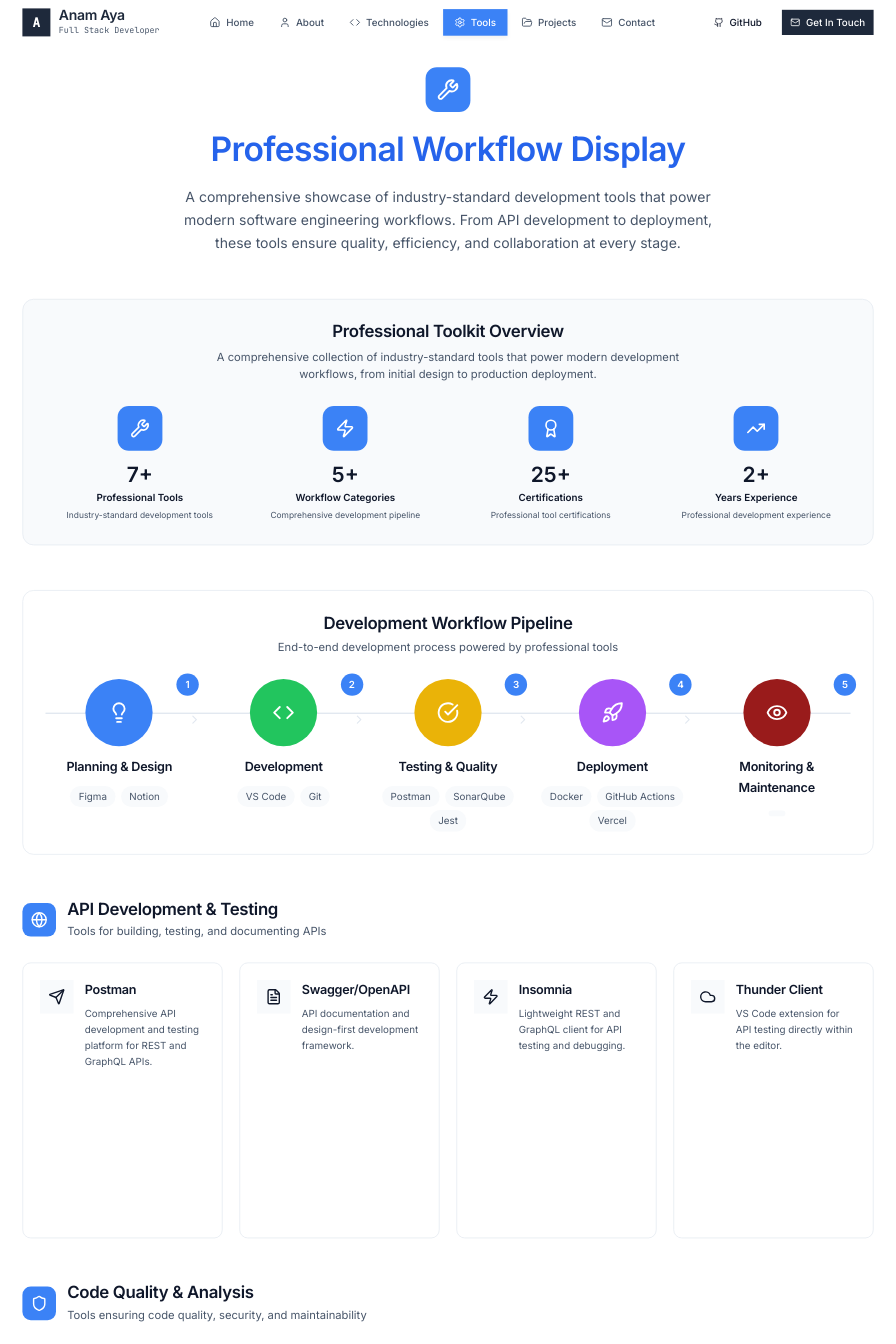
Repository: ayaaas/portflio_aya
Page: /tools-professional-workflow-display
The author's editor kept a copy of each file at every save. The page is drawn from the files as they stood at one save, then again after a run of saves.
The browser window is 1280 px wide. The pictures show the part of the page from y = 0 to 1920 px (the page is 4482 px tall), at 70% of full size.
The project was rebuilt for these pictures with package versions that can differ from the ones it lists, and the page was loaded fresh each time. Also part of the build but not shown: vite.config.mjs, src/components/ErrorBoundary.jsx, src/components/AppImage.jsx, src/pages/hero-section-developer-portfolio/components/ProfileImage.jsx, src/pages/hero-section-developer-portfolio/components/AnimatedText.jsx, src/pages/hero-section-developer-portfolio/components/HeroContent.jsx, src/pages/hero-section-developer-portfolio/components/BackgroundPattern.jsx, src/pages/hero-section-developer-portfolio/components/ScrollIndicator.jsx and 24 more.

Above is the page before, as saved 2025-07-19 00:34:11.

After the next 3 saves:
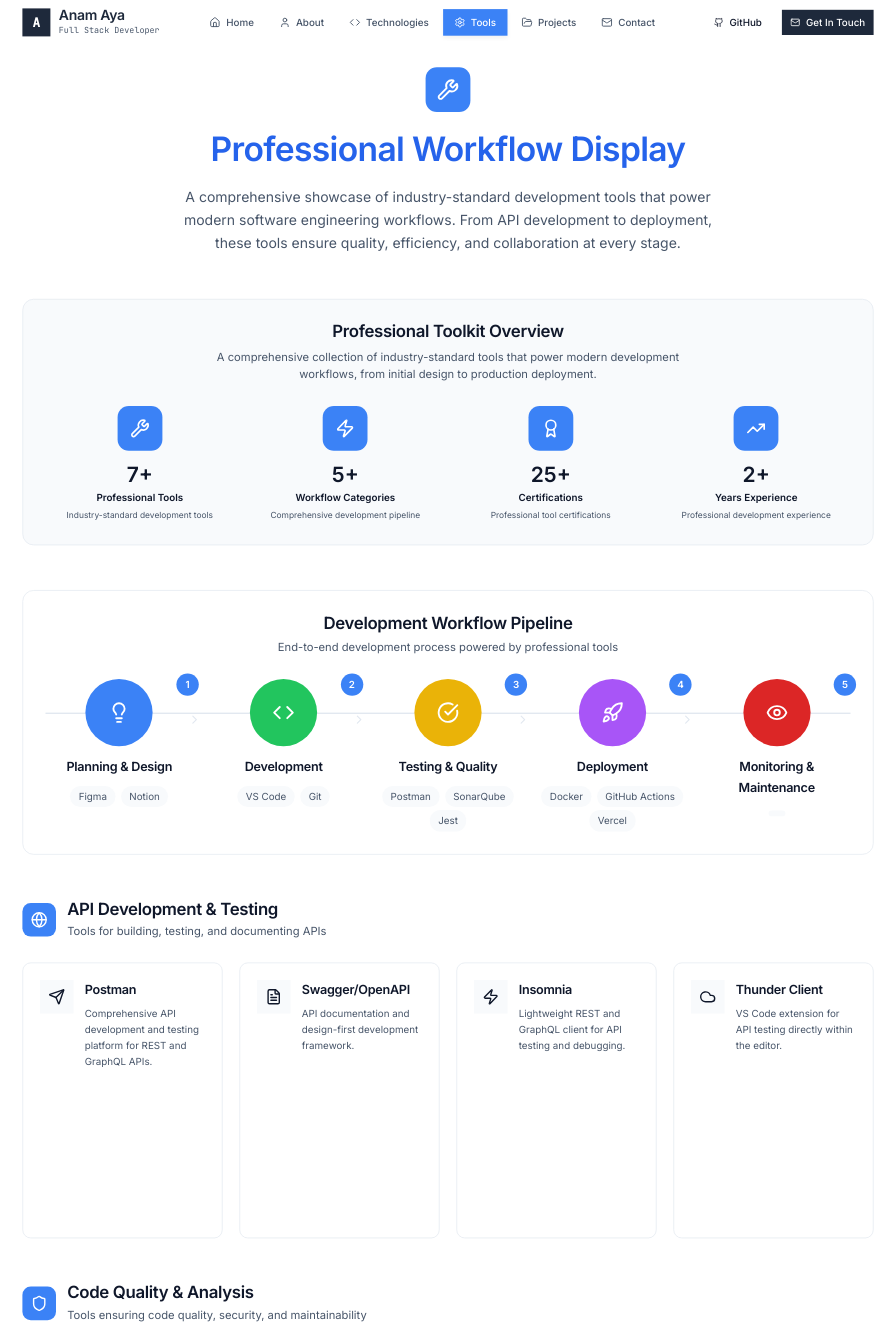
The 3 saves are shown as one change because they came seconds apart.
The last was saved 11 s later.
--- a/src/pages/tools-professional-workflow-display/components/WorkflowVisualization.jsx
+++ b/src/pages/tools-professional-workflow-display/components/WorkflowVisualization.jsx
@@ -36,7 +36,7 @@ const WorkflowVisualization = () => {
       phase: "Monitoring & Maintenance",
       tools: [""],
       icon: "Eye",
-      color: "bg-red-800"
+      color: "bg-red-600"
     },
 
   ];
